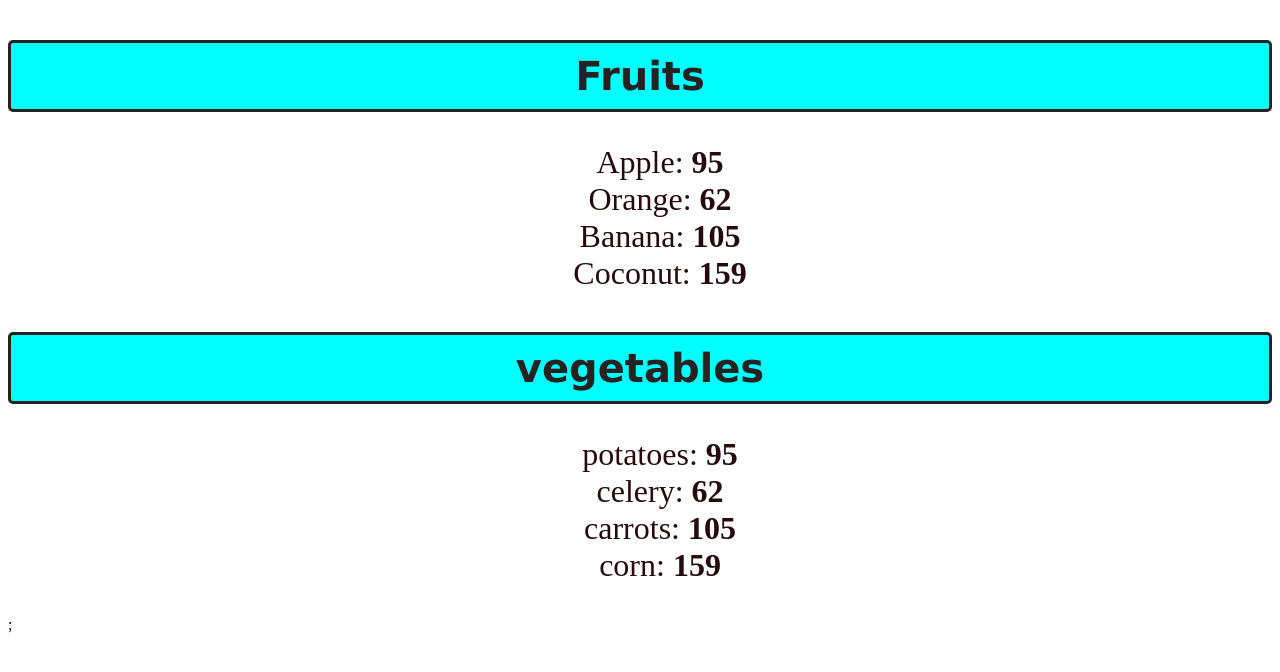
Repository: wakoya-tech/my-react-practice
Page: /
These files come from the project's save history. The page is drawn as it stood at one moment and after the next save; the edit follows.
The browser window is 1280 px wide. The pictures show the whole page.
The project was rebuilt for these pictures with package versions that can differ from the ones it lists, and the page was loaded fresh each time. Also part of the build but not shown: vite.config.js.

Above is the page before, as saved 2025-10-01 20:37:27.

After the next save:
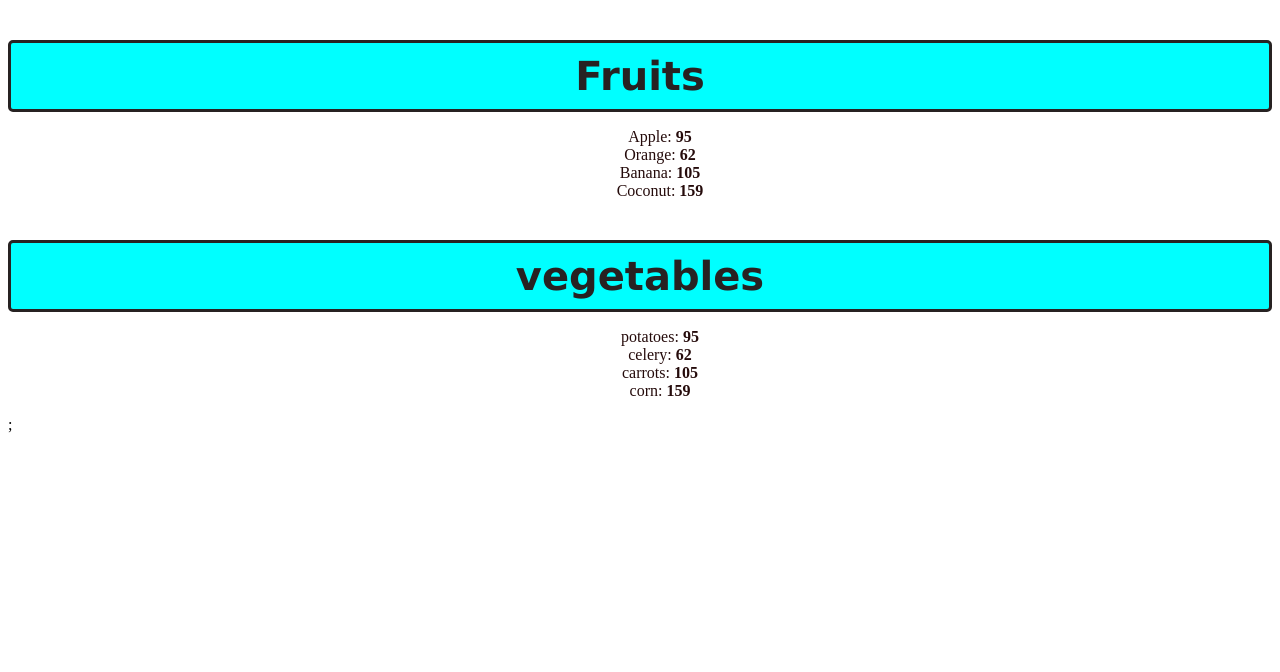
Saved 19 s later.
--- a/src/index.css
+++ b/src/index.css
@@ -11,7 +11,7 @@
 }
 .list-items{
   text-align: center;
-  font-size: 2em;
+  font-size: 1em;
   list-style: none;
   color: rgb(37, 11, 11);
 }
